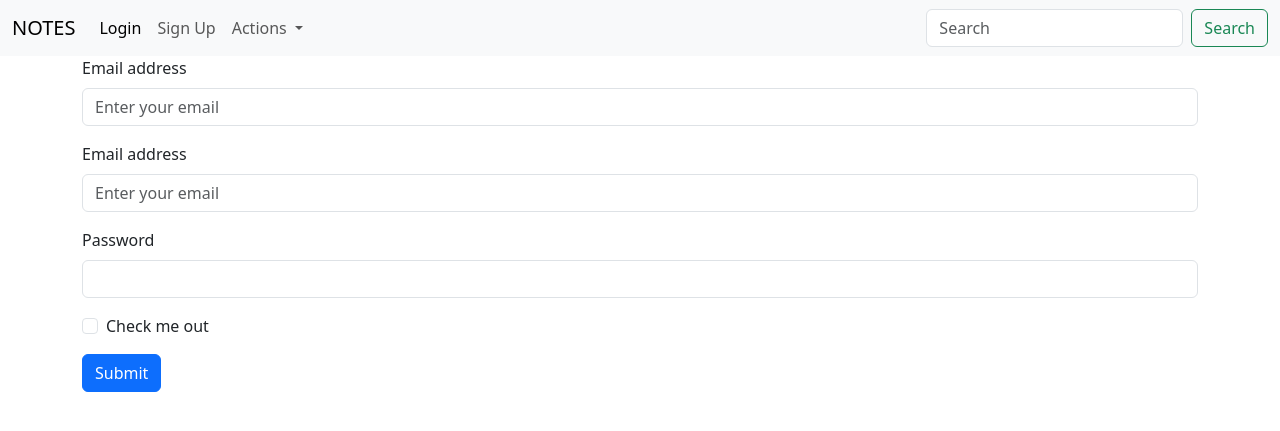
Repository: Qu4ntumGuy/flask-notes
Page: http://localhost/signup
An editor plug-in stored every save of this project. The page is shown before and after the next save, followed by the edit.
The browser window is 1280 px wide. The pictures show the whole page.
The page is served by the project's application, run on Flask 3 (website/__init__.py).

Above is the page before, as saved 2024-05-30 19:18:11.

After the next save:
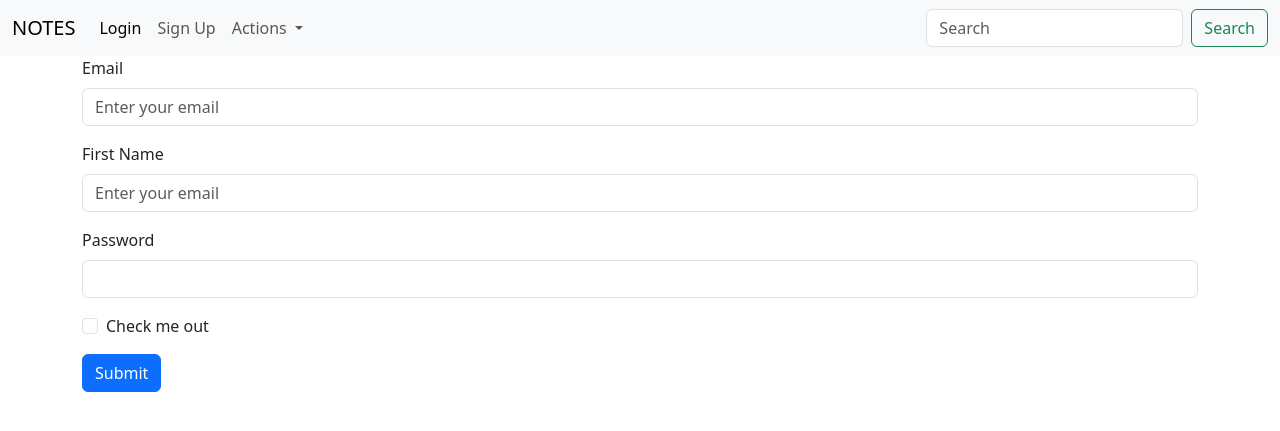
Saved 61 s later.
--- a/website/templates/signup.html
+++ b/website/templates/signup.html
@@ -3,12 +3,12 @@
 {% block content %}
 <form method="post">
     <div class="mb-3">
-      <label for="email" class="form-label">Email address</label>
+      <label for="email" class="form-label">Email</label>
       <input type="email" class="form-control" id="email" aria-describedby="emailHelp" name="email" placeholder="Enter your email">
     </div>
     <div class="mb-3">
-        <label for="email" class="form-label">Email address</label>
-        <input type="email" class="form-control" id="email" aria-describedby="emailHelp" name="email" placeholder="Enter your email">
+        <label for="firstName" class="form-label">First Name</label>
+        <input type="text" class="form-control" id="firstName" aria-describedby="emailHelp" name="firstName" placeholder="Enter your email">
       </div>
     <div class="mb-3">
       <label for="exampleInputPassword1" class="form-label">Password</label>
